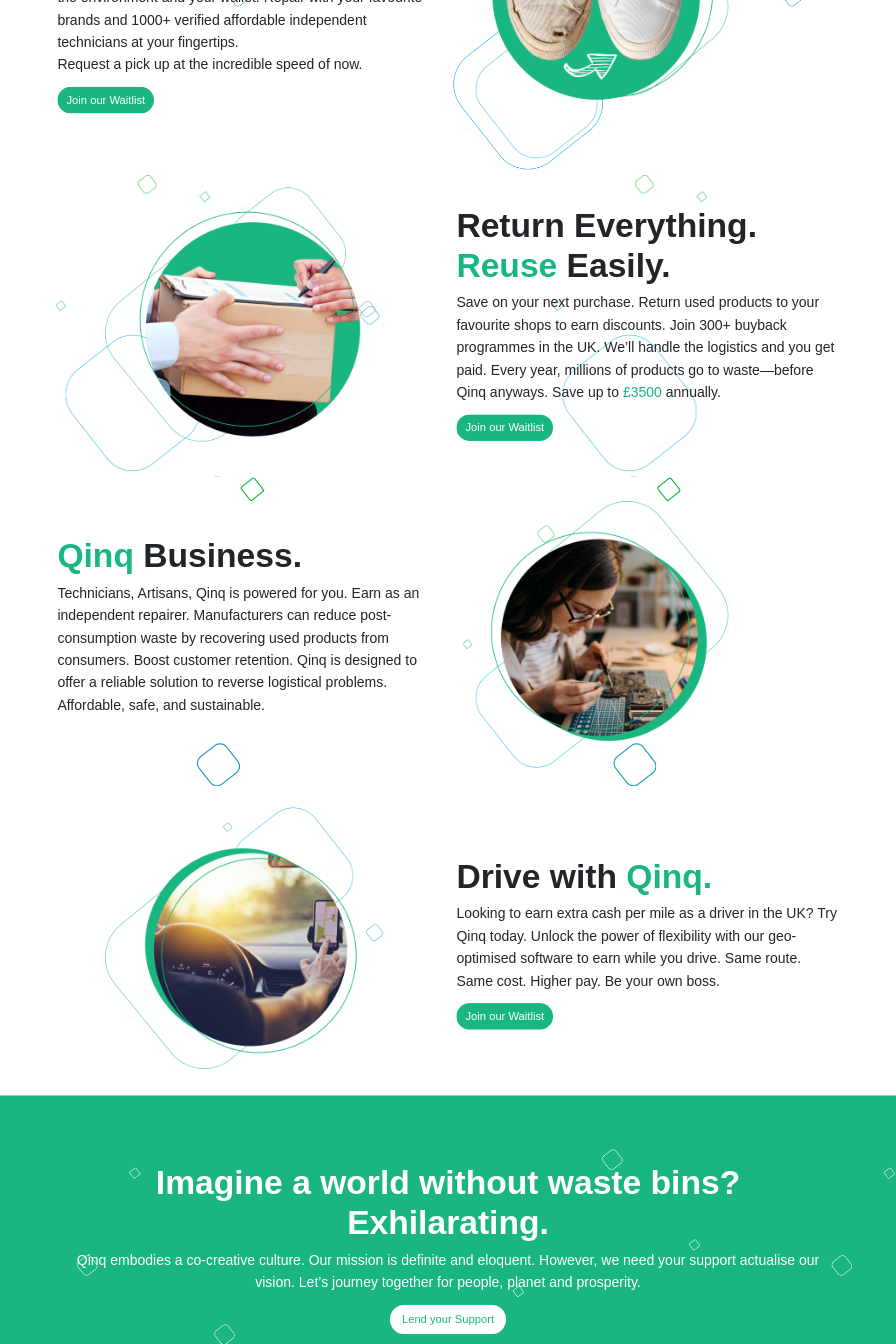
Repository: HelloQinq2023/qinq.github.io
Page: index.html
These files come from the project's save history. The page is drawn as it stood at one moment and after the next save; the edit follows.
The browser window is 1280 px wide. The pictures show the part of the page from y = 1610 to 3530 px (the page is 3722 px tall before and 4171 px after), at 70% of full size.
Backgrounds fixed to the window are drawn as part of the page. Some web fonts or font styles are not loaded; a fallback is used.

Above is the page before, as saved 2023-03-01 17:43:15.

After the next save:
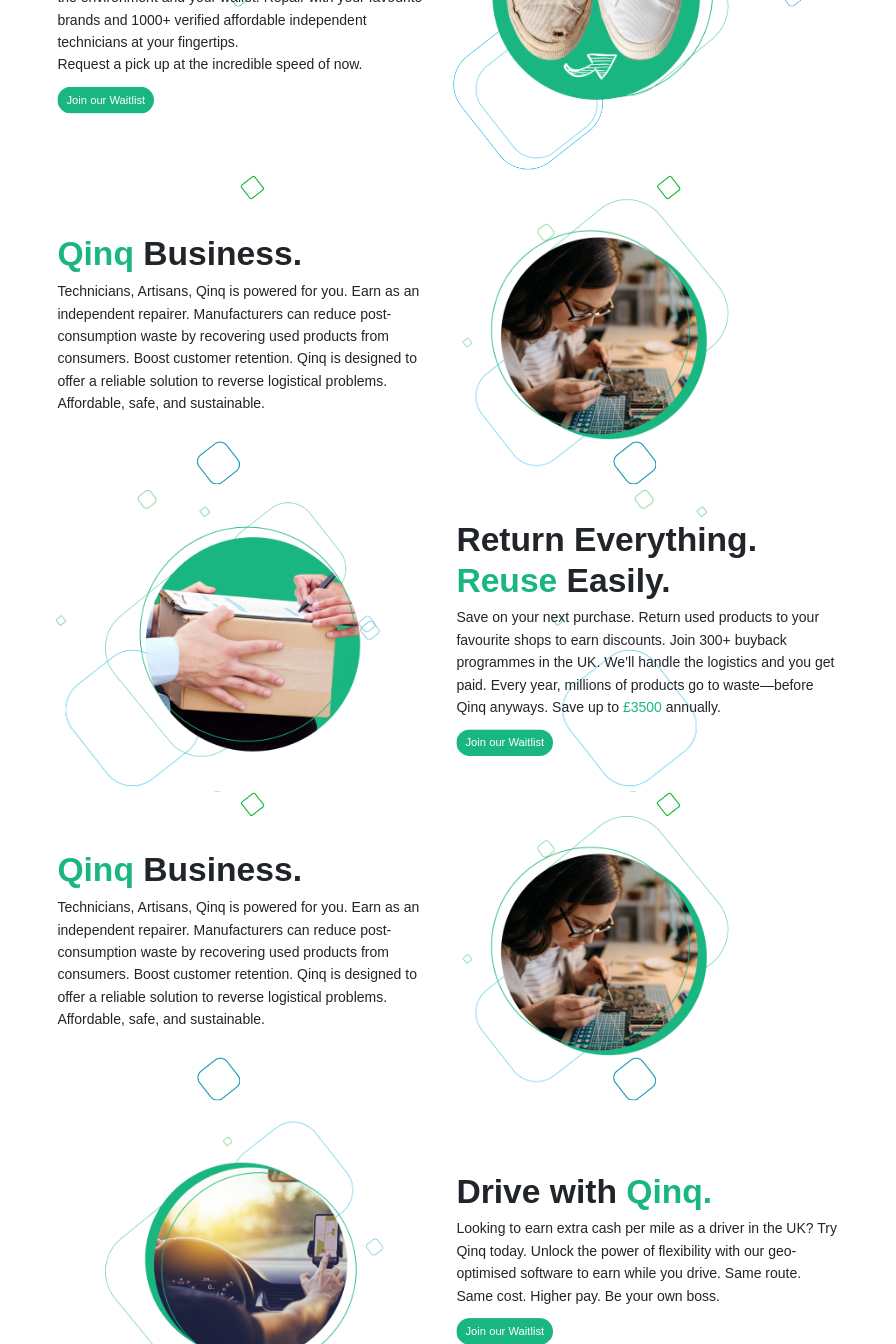
Saved 2 min 11 s later.
--- a/index.html
+++ b/index.html
@@ -133,6 +133,24 @@
 
         </div>
 
+        <div class="container py-3 mt-2" style="background:url('images/features2bg.png'); background-size:contain; background-position:center 10%">
+          <div class="row">
+                <div class="col-md-6 d-flex justify-content-center align-items-center d-block d-md-none">
+                  <img src="images/features1.png" class="w-75 img-fluid img-responsive img">
+                </div>
+              <div class="col-md-6 d-flex justify-content-center align-items-center">
+                  <div>
+                      <h2 class="display-5" style="font-weight:600"><span class="green">Qinq</span> Business.</h2>
+                      <p>Technicians, Artisans, Qinq is powered for you. Earn as an independent repairer.
+                          Manufacturers can reduce post-consumption waste by recovering used products from consumers. Boost customer retention. Qinq is designed to offer a reliable solution to reverse logistical problems. Affordable, safe, and sustainable.</p>
+                  </div>
+              </div>
+              <div class="col-md-6 d-flex justify-content-center align-items-center d-none d-md-block">
+                <img src="images/features1.png" class="w-75 img-fluid img-responsive img">
+            </div>
+          </div>
+
+      </div>
       </section>
 
       <section id="features">

After the save that followed:
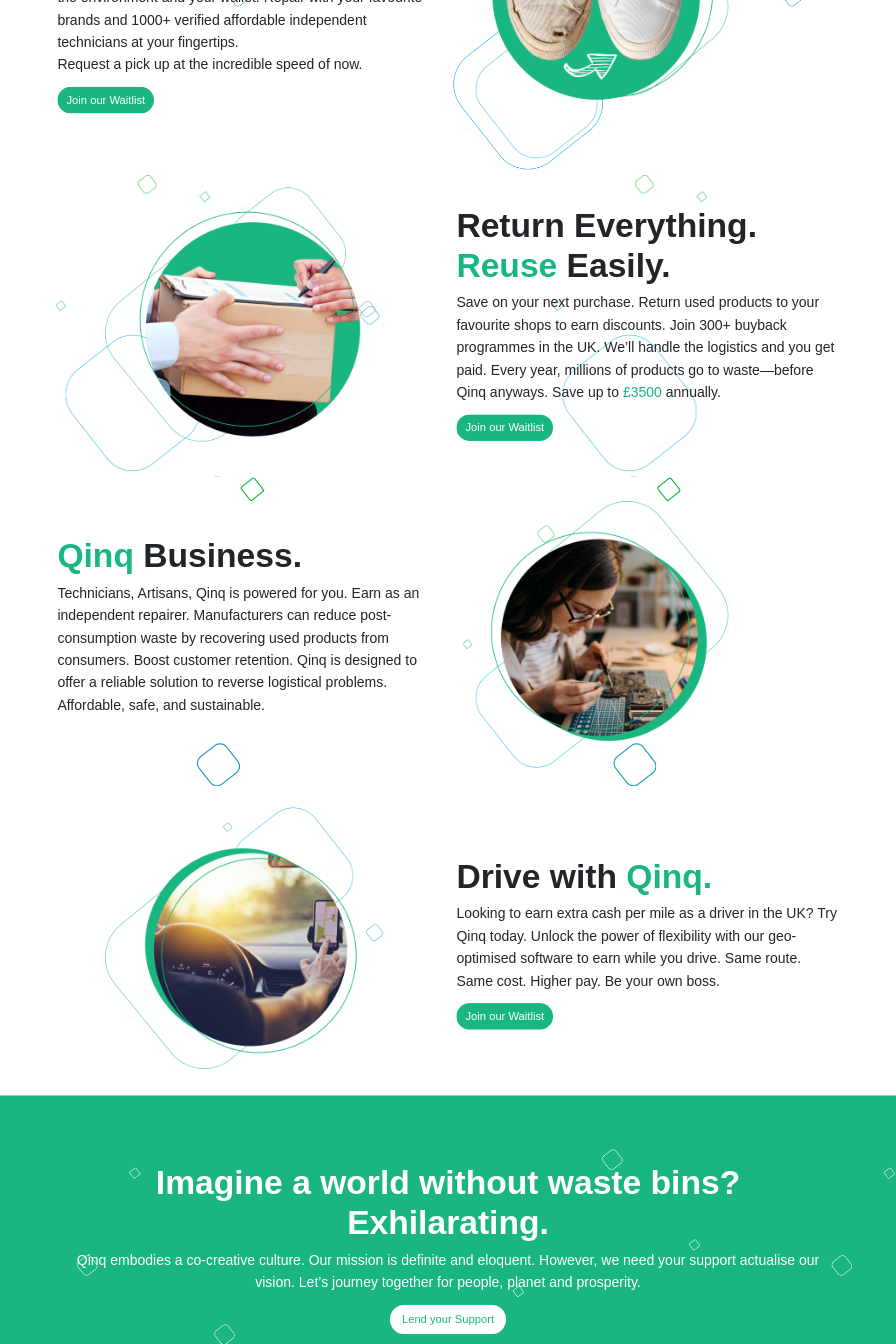
Saved 29 s later.
--- a/index.html
+++ b/index.html
@@ -133,24 +133,7 @@
 
         </div>
 
-        <div class="container py-3 mt-2" style="background:url('images/features2bg.png'); background-size:contain; background-position:center 10%">
-          <div class="row">
-                <div class="col-md-6 d-flex justify-content-center align-items-center d-block d-md-none">
-                  <img src="images/features1.png" class="w-75 img-fluid img-responsive img">
-                </div>
-              <div class="col-md-6 d-flex justify-content-center align-items-center">
-                  <div>
-                      <h2 class="display-5" style="font-weight:600"><span class="green">Qinq</span> Business.</h2>
-                      <p>Technicians, Artisans, Qinq is powered for you. Earn as an independent repairer.
-                          Manufacturers can reduce post-consumption waste by recovering used products from consumers. Boost customer retention. Qinq is designed to offer a reliable solution to reverse logistical problems. Affordable, safe, and sustainable.</p>
-                  </div>
-              </div>
-              <div class="col-md-6 d-flex justify-content-center align-items-center d-none d-md-block">
-                <img src="images/features1.png" class="w-75 img-fluid img-responsive img">
-            </div>
-          </div>
-
-      </div>
+
       </section>
 
       <section id="features">
